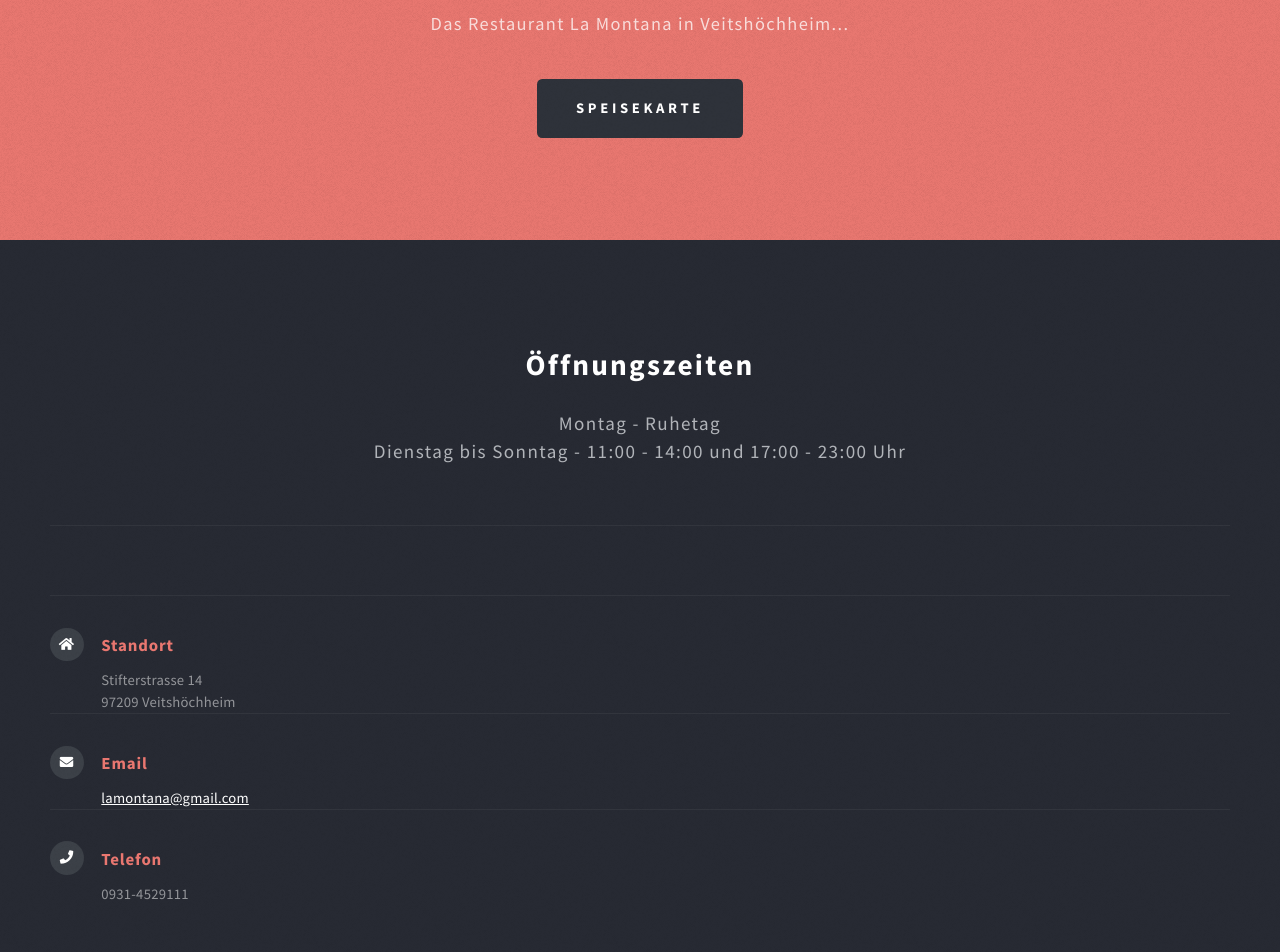
Repository: restaurantlamontana/restaurantlamontana.github.io
Page: index.html
These files come from the project's save history. The page is drawn as it stood at one moment and after a run of saves; the edit follows.
The browser window is 1280 px wide. The pictures show the part of the page from y = 559 to 1511 px (the page is 1511 px tall before and 1450 px after).

Above is the page before, as saved 2024-07-14 17:49:48.

### index.html
<!DOCTYPE html>
<!--
	Escape Velocity by HTML5 UP
	html5up.net | @ajlkn
	Free for personal and commercial use under the CCA 3.0 license (html5up.net/license)
-->
<html>
  <head>
    <title>La Montana</title>
    <meta charset="utf-8" />
    <meta
      name="viewport"
      content="width=device-width, initial-scale=1, user-scalable=no"
    />
    <link rel="stylesheet" href="assets/css/main.css" />
  </head>
  <body class="homepage is-preload">
    <div id="page-wrapper">
      <!-- Header -->
      <section id="header" class="wrapper">
        <!-- Logo -->
        <div id="logo">
          <h1><a href="index.html">La Montana</a></h1>
          <p>Restaurant</p>
        </div>

        <!-- Nav -->
        <nav id="nav">
          <ul>
            <li class="current"><a href="index.html">Home</a></li>
            <li><a href="speisekarte.html">Speisekarte</a></li>
            <li><a href="blog.html">Blog</a></li>
          </ul>
        </nav>
      </section>

      <!-- Intro -->
      <section id="intro" class="wrapper style1">
        <div class="container">
          <p class="style1">Das Restaurant La Montana in Veitshöchheim...</p>

          <ul class="actions">
            <li><a href="#" class="button style3 large">Speisekarte</a></li>
          </ul>
        </div>
      </section>
        </div>
      </section>



      <!-- Footer -->
      <section id="footer" class="wrapper">
        <div class="container">
          <header class="style1">
            <h2>Öffnungszeiten</h2>
            <p>
              Montag - Ruhetag <br />
			  Dienstag bis Sonntag - 11:00 - 14:00 und 17:00 - 23:00 Uhr
            </p>
          </header>

            <div class="col-6 col-12-medium">
              <section class="feature-list small">
                  <div class="col-6 col-12-small">
                    <section>
                      <h3 class="icon solid fa-home">Standort</h3>
                      <p>
                        Stifterstrasse 14<br />
                        97209 Veitshöchheim<br />
                      </p>
                    </section>
                  </div>
                  <div class="col-6 col-12-small">
                    <section>
                      <h3 class="icon solid fa-envelope">Email</h3>
                      <p>
                        <a href="#">lamontana@gmail.com</a>
                      </p>
                    </section>
                  </div>
                  <div class="col-6 col-12-small">
                    <section>
                      <h3 class="icon solid fa-phone">Telefon</h3>
                      <p>0931-4529111</p>
                    </section>
                  </div>
                </div>
</body>
</html>

Loaded but not shown: assets/css/fontawesome-all.min.css (library); assets/css/main.css (2985 lines, source omitted)

After the next 2 saves:
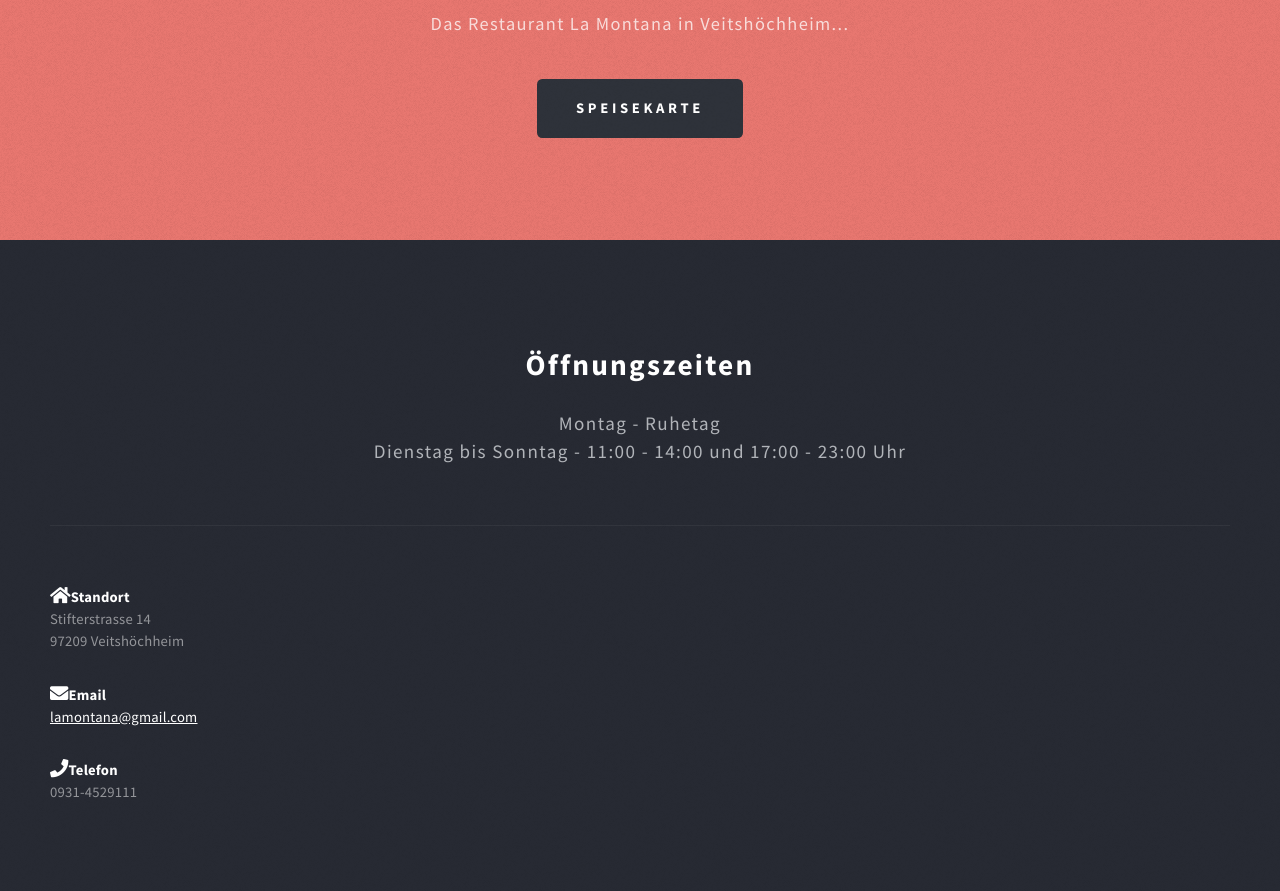
The 2 saves are shown as one change because they came seconds apart.
The last was saved 89 s later.
--- a/index.html
+++ b/index.html
@@ -51,40 +51,35 @@
 
       <!-- Footer -->
       <section id="footer" class="wrapper">
-        <div class="container">
-          <header class="style1">
-            <h2>Öffnungszeiten</h2>
-            <p>
-              Montag - Ruhetag <br />
-			  Dienstag bis Sonntag - 11:00 - 14:00 und 17:00 - 23:00 Uhr
-            </p>
-          </header>
+		<div class="container">
+			<header class="style1">
+				<h2>Öffnungszeiten</h2>
+				<p>
+					Montag - Ruhetag <br />
+					Dienstag bis Sonntag - 11:00 - 14:00 und 17:00 - 23:00 Uhr
+				</p>
+			</header>
+			<div class="flex-container">
+				<div class="flex-item">
+					<h3 class="icon solid fa-home">Standort</h3>
+					<p>
+						Stifterstrasse 14<br />
+						97209 Veitshöchheim<br />
+					</p>
+				</div>
+				<div class="flex-item">
+					<h3 class="icon solid fa-envelope">Email</h3>
+					<p>
+						<a href="#">lamontana@gmail.com</a>
+					</p>
+				</div>
+				<div class="flex-item">
+					<h3 class="icon solid fa-phone">Telefon</h3>
+					<p>0931-4529111</p>
+				</div>
+			</div>
+		</div>
+	</section>
 
-            <div class="col-6 col-12-medium">
-              <section class="feature-list small">
-                  <div class="col-6 col-12-small">
-                    <section>
-                      <h3 class="icon solid fa-home">Standort</h3>
-                      <p>
-                        Stifterstrasse 14<br />
-                        97209 Veitshöchheim<br />
-                      </p>
-                    </section>
-                  </div>
-                  <div class="col-6 col-12-small">
-                    <section>
-                      <h3 class="icon solid fa-envelope">Email</h3>
-                      <p>
-                        <a href="#">lamontana@gmail.com</a>
-                      </p>
-                    </section>
-                  </div>
-                  <div class="col-6 col-12-small">
-                    <section>
-                      <h3 class="icon solid fa-phone">Telefon</h3>
-                      <p>0931-4529111</p>
-                    </section>
-                  </div>
-                </div>
 </body>
 </html>
